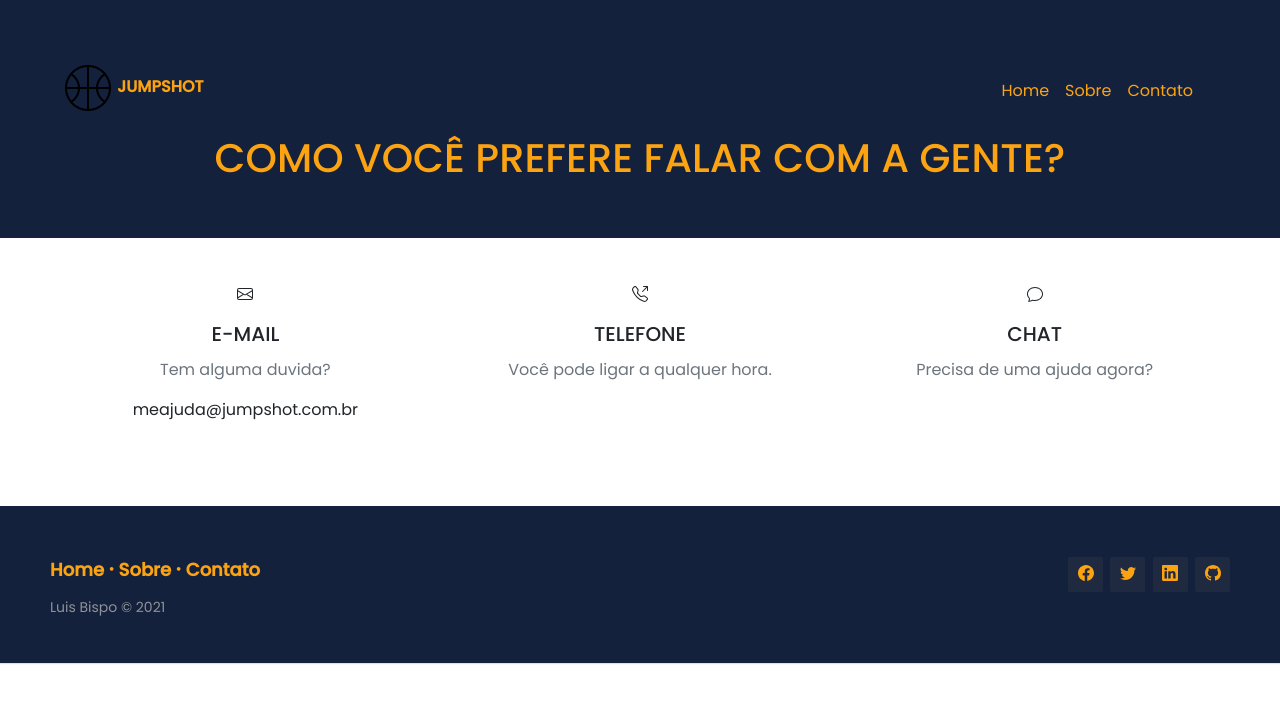
Repository: luisbisp/Jumpshot
Page: pages/contact.html
An editor plug-in stored every save of this project. The page is shown before and after the next save, followed by the edit.
The browser window is 1280 px wide. The pictures show the whole page.

Above is the page before, as saved 2021-07-07 20:19:11.

After the next save:
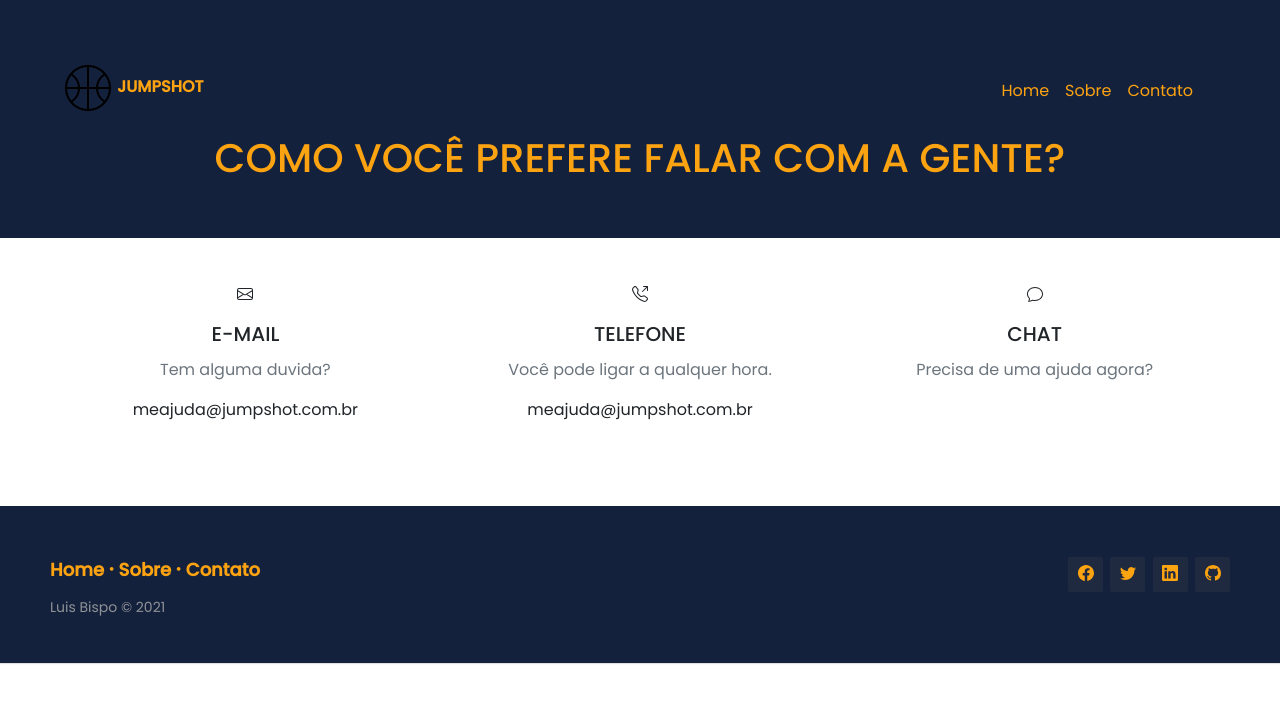
Saved 45 s later.
--- a/pages/contact.html
+++ b/pages/contact.html
@@ -87,9 +87,8 @@
                 </div>
                 <div class="card-body">
                     <h5 class="card-title text-center">TELEFONE</h5>
-                    <p class="card-text text-center text-secondary">Você pode ligar a qualquer hora.
-                    </p>
-
+                    <p class="card-text text-center text-secondary">Você pode ligar a qualquer hora.</p>
+                    <p class="text-center"> meajuda@jumpshot.com.br</p>
                 </div>
             </div>
             <div class="card border-0">
